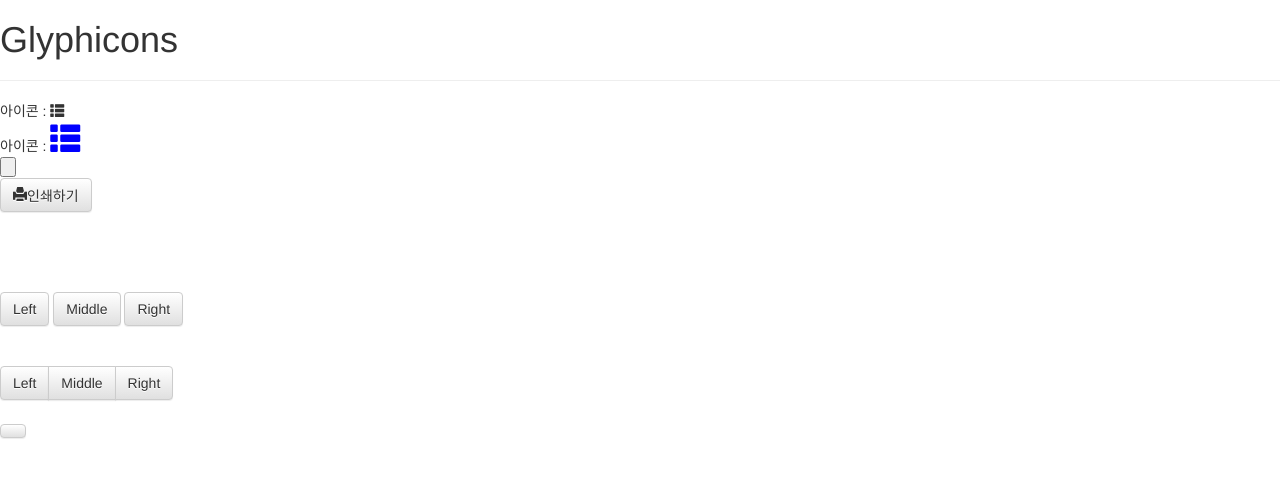
Repository: yhj4130/BootstrapStudy
Page: BootstrapWork/WebContent/BootEx08.html
An editor plug-in stored every save of this project. The page is shown before and after the next save, followed by the edit.
The browser window is 1280 px wide. The pictures show the whole page.

Above is the page before, as saved 2019-06-12 05:27:13.

### BootstrapWork/WebContent/BootEx08.html
<!DOCTYPE html>
<html>
<head>
<meta charset="UTF-8">
<title>BootEx08.html</title>

<link rel="stylesheet" href="css/bootstrap.css">
<script type="text/javascript" src="js/jquery-3.4.1.min.js"></script>
<script type="text/javascript" src="js/bootstrap.min.js"></script>

<!-- 추가 -->
<link rel="stylesheet" href="css/bootstrap-theme.min.css">

</head>
<body>

<div>
	<h1>Glyphicons</h1>
	<hr>
</div>

<div>
	아이콘 : <span class="glyphicon glyphicon-th-list"></span>
</div>

<div>
	<!-- 아이콘 : <span class="glyphicon glyphicon-th-list" style="width: 200px;"></span> -->
	<!-- 아이콘 : <span class="glyphicon glyphicon-th-list" style="height: 200px;"></span> -->
</div>

<div>
	아이콘 : <span class="glyphicon glyphicon-th-list" style="font-size: 30px; color: blue;"></span>
</div>

<!-- Attribute Content Type → Simple Type → 적용 안 됨 -->
<div>
	<input type="button" class="glyphicon glyphicon-th-list">
</div>

<!-- Attribute Content Type → Complex Type → 적용 됨 -->
<div>
	<button type="button" class="btn btn-default">
		<span class="glyphicon glyphicon-print">인쇄하기</span>
	</button>
</div>

<br><br><br><br>

<div>
	<button type="button" class="btn btn-default">Left</button>
	<button type="button" class="btn btn-default">Middle</button>
	<button type="button" class="btn btn-default">Right</button>
</div>

<br><br>

<div class="btn-group" role="group">
	<button type="button" class="btn btn-default">Left</button>
	<button type="button" class="btn btn-default">Middle</button>
	<button type="button" class="btn btn-default">Right</button>
</div>

<br><br>

<div>
	<button type="button" class="btn btn-default"></button>
</div>

</body>
</html>

Loaded but not shown: BootstrapWork/WebContent/css/bootstrap.css (library); BootstrapWork/WebContent/js/jquery-3.4.1.min.js (library); BootstrapWork/WebContent/js/bootstrap.min.js (library); BootstrapWork/WebContent/css/bootstrap-theme.min.css (library)

After the next save:
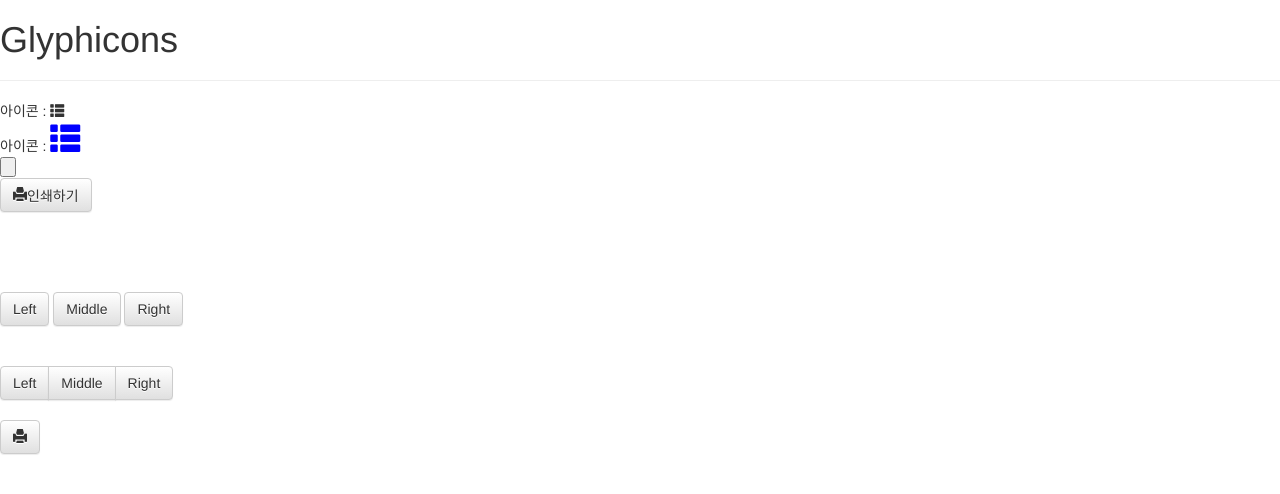
Saved 15 s later.
--- a/BootstrapWork/WebContent/BootEx08.html
+++ b/BootstrapWork/WebContent/BootEx08.html
@@ -63,7 +63,9 @@
 <br><br>
 
 <div>
-	<button type="button" class="btn btn-default"></button>
+	<button type="button" class="btn btn-default">
+		<span class="glyphicon glyphicon-print"></span>
+	</button>
 </div>
 
 </body>
